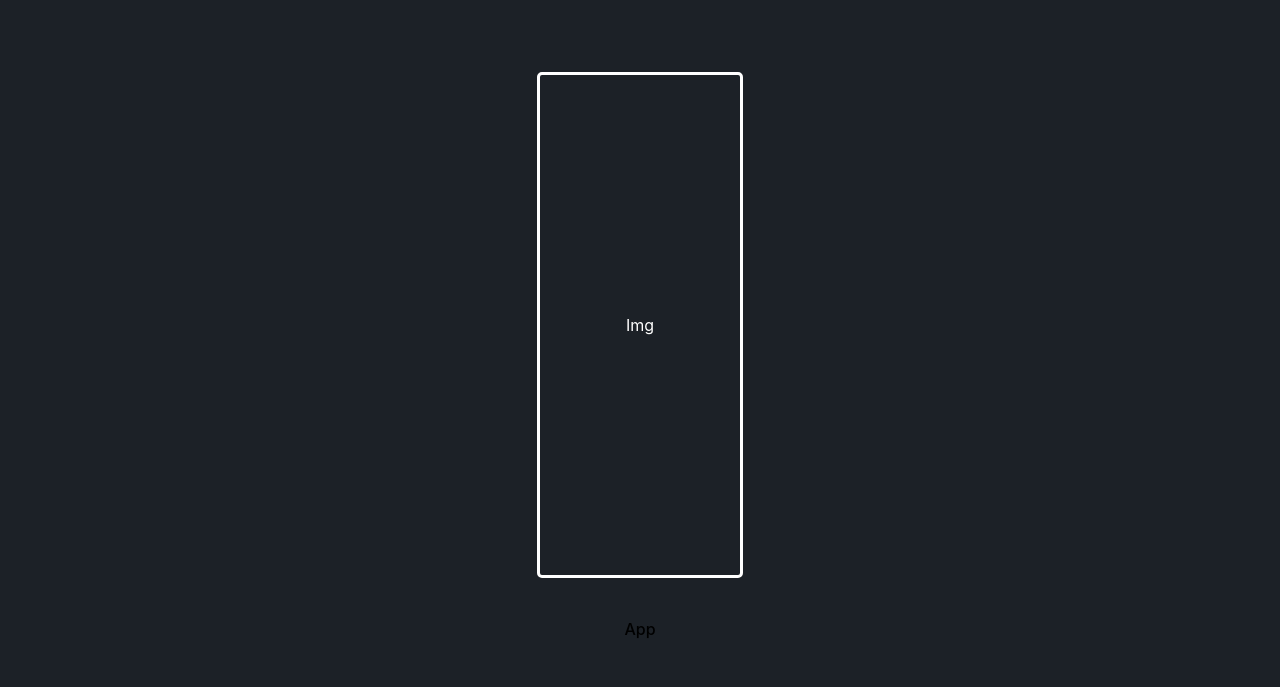
Repository: StephaneCash/Reconnaissance_Immatriculation_Plate
Page: /
The author's editor kept a copy of each file at every save. The page is drawn from the files as they stood at one save, then again after the next save.
The browser window is 1280 px wide. The pictures show the whole page.
The pointer rests on the first visible `.SelectButton`.
The project was rebuilt for these pictures with package versions that can differ from the ones it lists, and the page was loaded fresh each time.

Above is the page before, as saved 2021-11-22 00:14:50.

### src/App.js
import Webcam from "react-webcam";
import React, { Component, useState } from 'react';
import { useRef } from 'react';
import "./App.css"
import "@tensorflow/tfjs-backend-webgl";
import "@tensorflow/tfjs-backend-cpu";
import * as cocoSsd from "@tensorflow-models/coco-ssd";


function App() {

  return (
    <div className="App">
      <div className="objdetect">
        Img
      </div>
      <div className="SelectButton">
        App
      </div>
    </div>
  )
}

export default App;

### src/App.css
.App {
  width: 100%;
  height: 100vh;
  background-color: #1c2127;
  display: flex;
  flex-direction: column;
  align-items: center;
  justify-content: center;
  color: #fff;
}

.SelectButton {
  padding: 7px 10px;
  border: 2px solid transparent;
  background-color: #fff;
  color: black;
  font-size: 16px;
  font-weight: 500;
  outline: none;
  margin-top: 2em;
  cursor: pointer;
  transition: all 260ms ease-in-out;
}

.SelectButton:hover {
  background-color: transparent;

}

.objdetect {
  min-width: 200px;
  height: 500px;
  border: 3px solid #fff;
  border-radius: 5px;
  display: flex;
  align-items: center;
  justify-content: center;
  position: relative;
}

Loaded but not shown: public/index.html (common file); src/index.js (common file); src/index.css (common file); src/reportWebVitals.js (common file); public/manifest.json (common file)

After the next save:
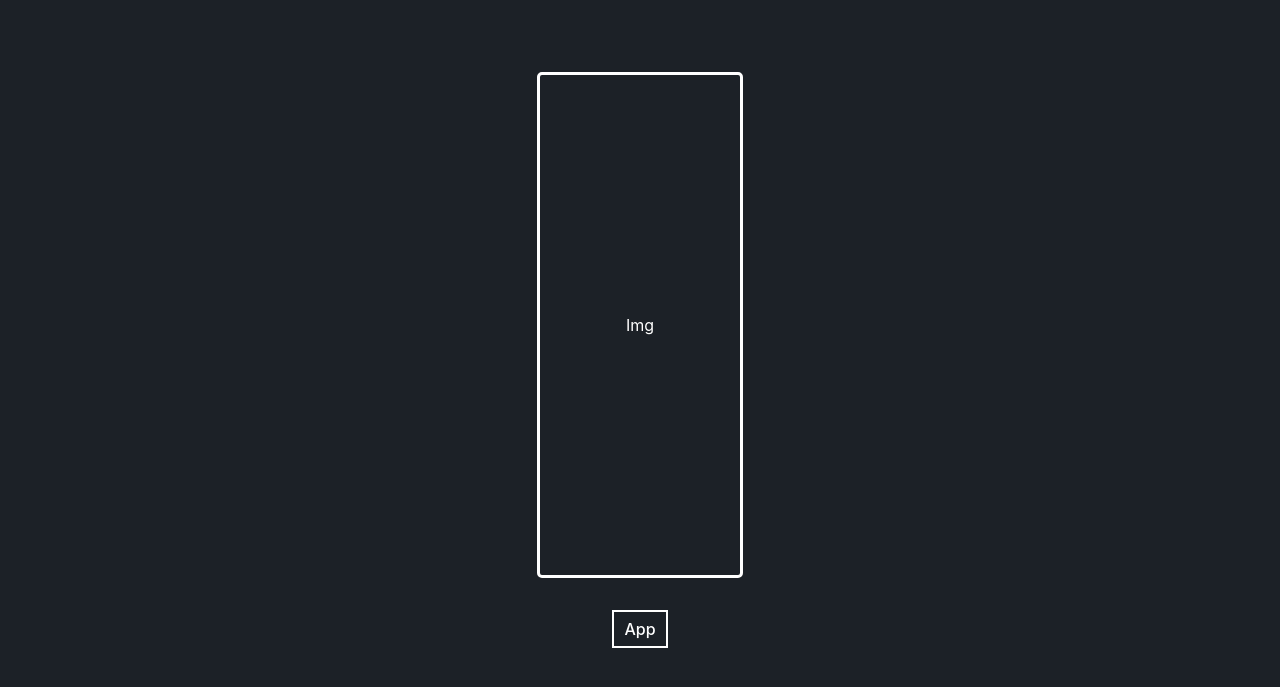
Saved 31 s later.
--- a/src/App.css
+++ b/src/App.css
@@ -24,7 +24,8 @@
 
 .SelectButton:hover {
   background-color: transparent;
-
+  border: 2px solid #fff;
+  color: #fff;
 }
 
 .objdetect {
